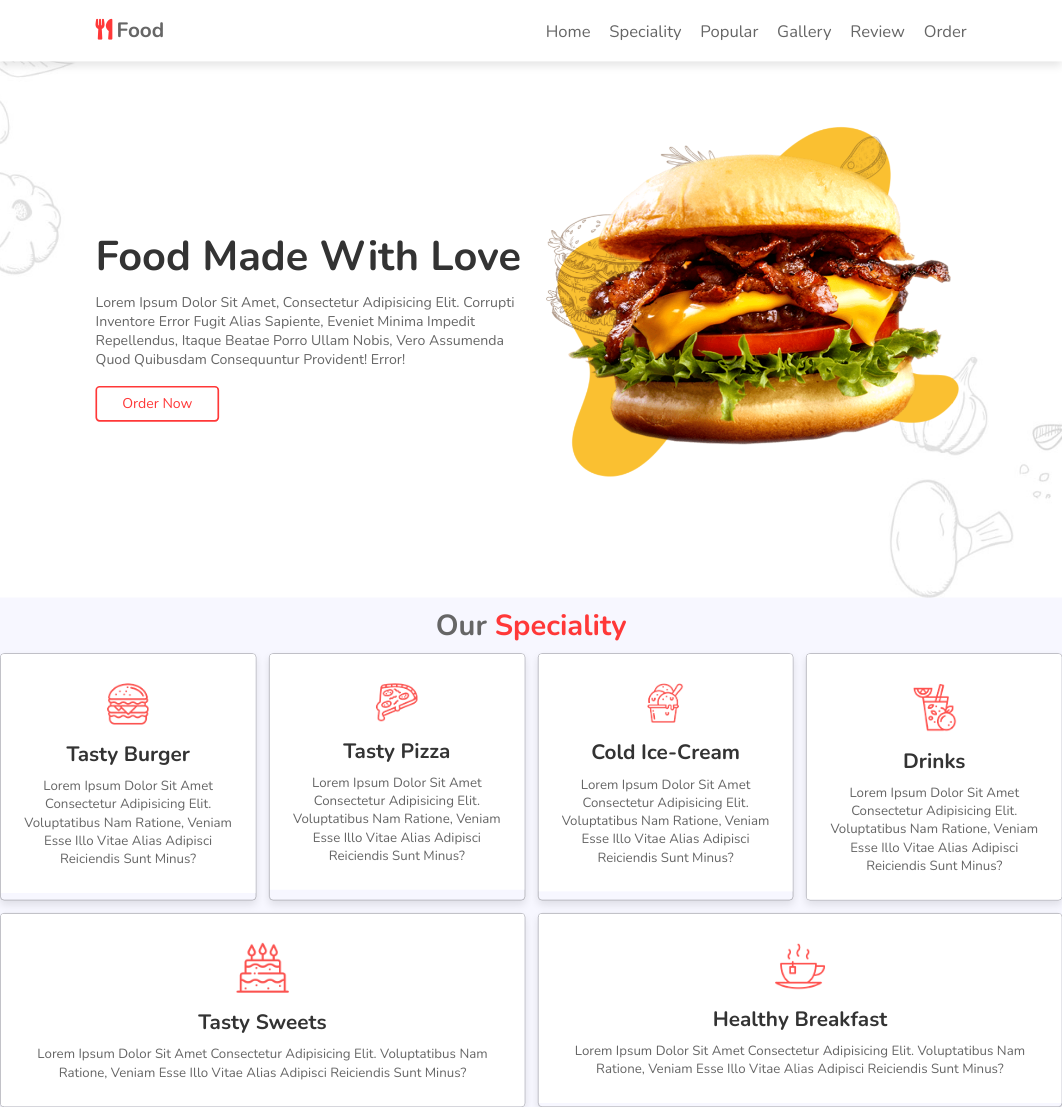
Repository: ManhTanVN/food
Page: index.html
An editor plug-in stored every save of this project. The page is shown before and after the next save, followed by the edit.
The browser window is 1280 px wide. The pictures show the whole page, at 83% of full size.
The style sheet was rebuilt from its Sass, Less or Tailwind sources for each picture, by a compiler version that may differ from the author's.

Above is the page before, as saved 2021-08-29 16:11:01.

After the next save:
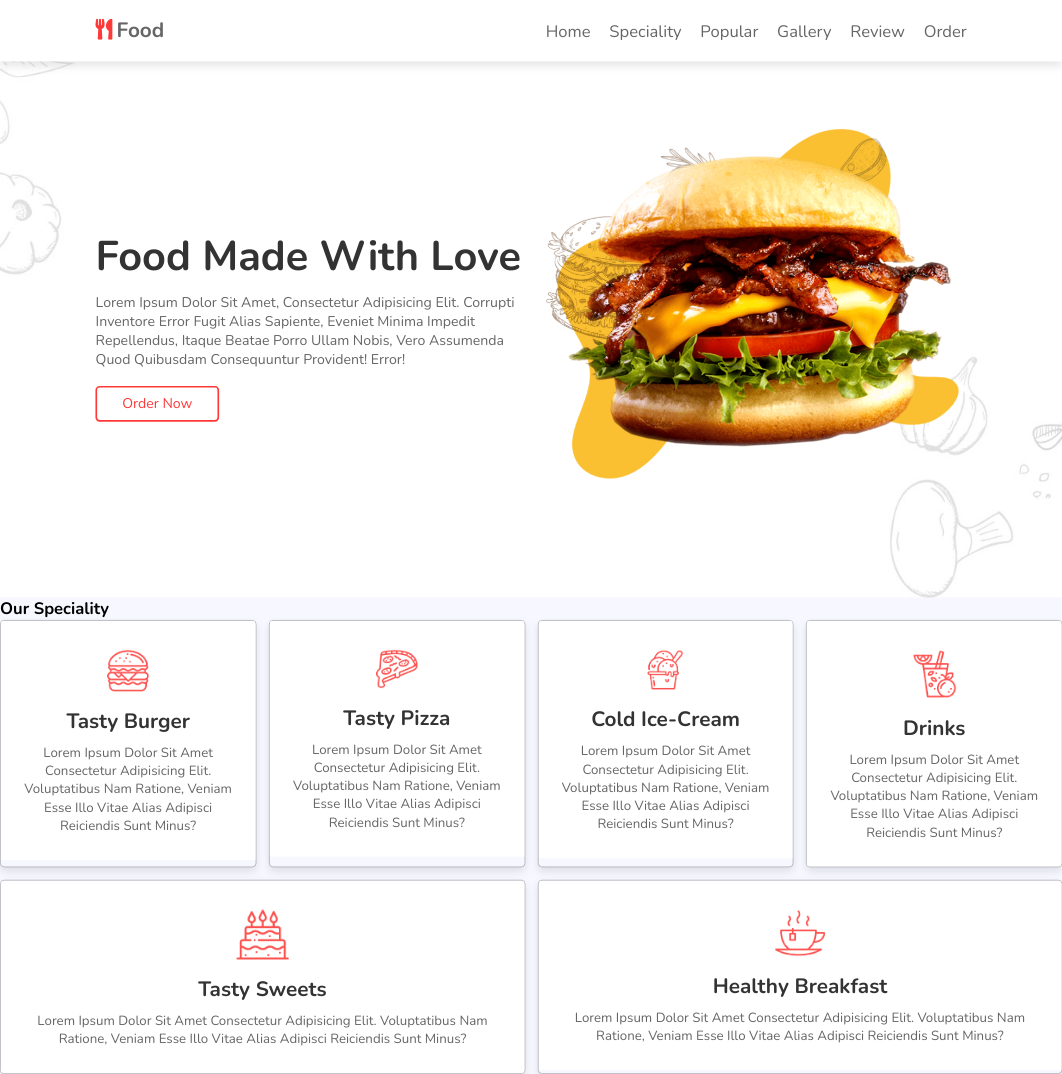
Saved 4 min 54 s later.
--- a/sass/_speciality.scss
+++ b/sass/_speciality.scss
@@ -1,14 +1,14 @@
+.heading {
+    text-align: center;
+    font-size: 3.5rem;
+    padding: 1rem;
+    color: #666;
+
+    & span {
+        color: $color-red;
+    }
+}
 .speciality {
-    &__heading {
-        text-align: center;
-        font-size: 3.5rem;
-        padding: 1rem;
-        color: #666;
-
-        & span {
-            color: $color-red;
-        }
-    }
 
     &__box-container {
         display: flex;
